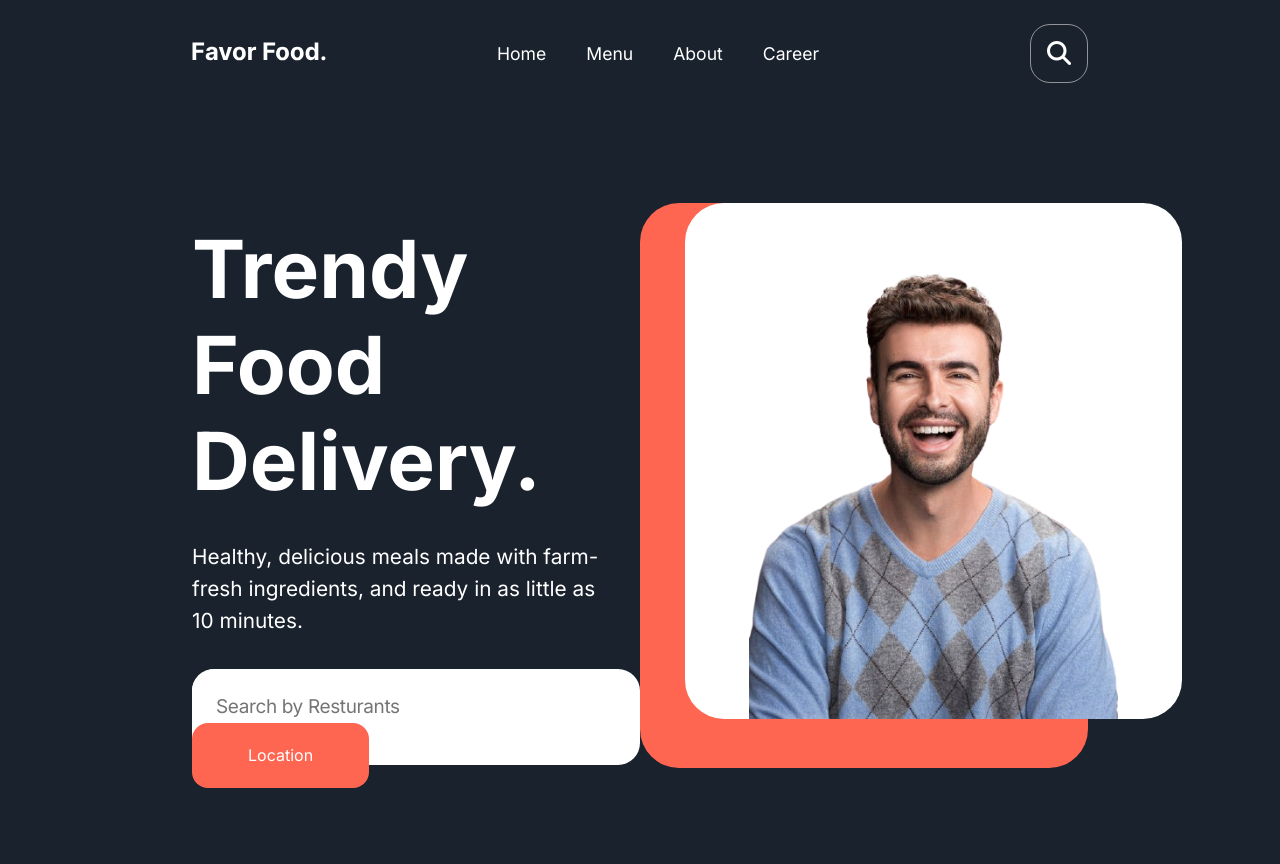
Repository: badhon252/favor-food
Page: index.html
These files come from the project's save history. The page is drawn as it stood at one moment and after the next save; the edit follows.
The browser window is 1280 px wide. The pictures show the whole page.
The style sheet was rebuilt from its Sass, Less or Tailwind sources for each picture, by a compiler version that may differ from the author's.

Above is the page before, as saved 2022-09-10 16:35:44.

After the next save:
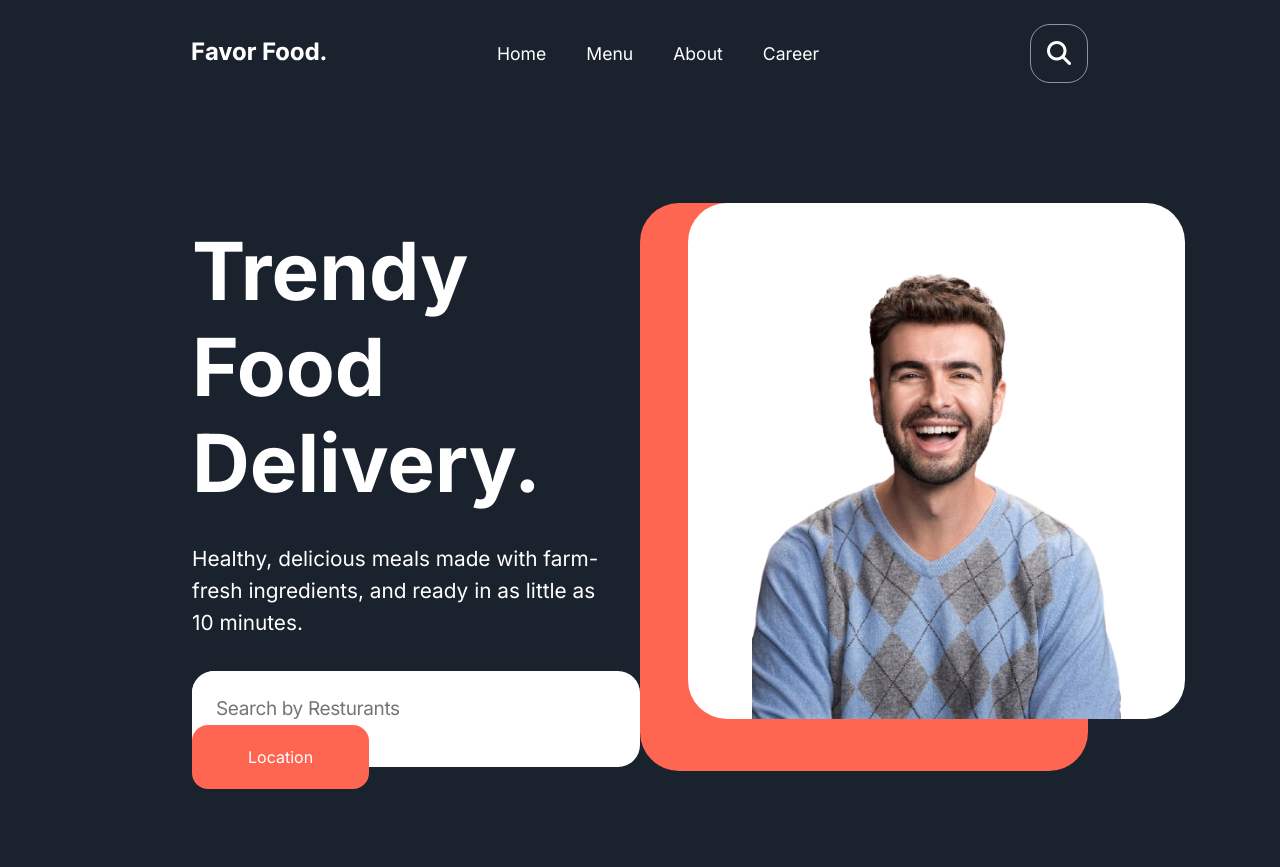
Saved 15 s later.
--- a/scss/style.scss
+++ b/scss/style.scss
@@ -124,8 +124,8 @@
         padding: 0 4rem;
         border-radius: 39px;
         position: relative;
-        margin-left: 10%;
-        margin-bottom: 10%;
+        margin-left: 3rem;
+        margin-bottom: 3rem;
 
         // padding-left: 3rem;
         // &:hover {

After the save that followed:
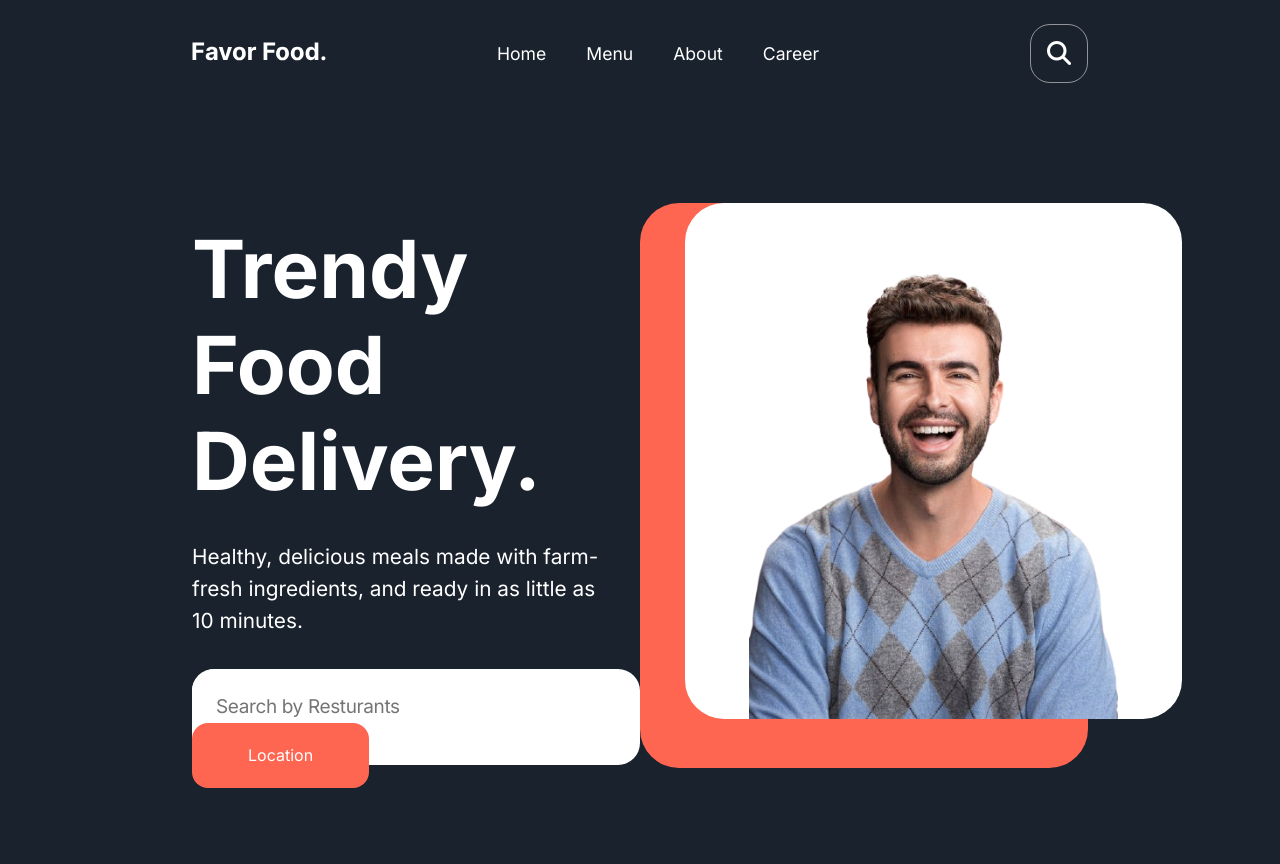
Saved 9 s later.
--- a/scss/style.scss
+++ b/scss/style.scss
@@ -124,8 +124,8 @@
         padding: 0 4rem;
         border-radius: 39px;
         position: relative;
-        margin-left: 3rem;
-        margin-bottom: 3rem;
+        margin-left: 10%;
+        margin-bottom: 10%;
 
         // padding-left: 3rem;
         // &:hover {
